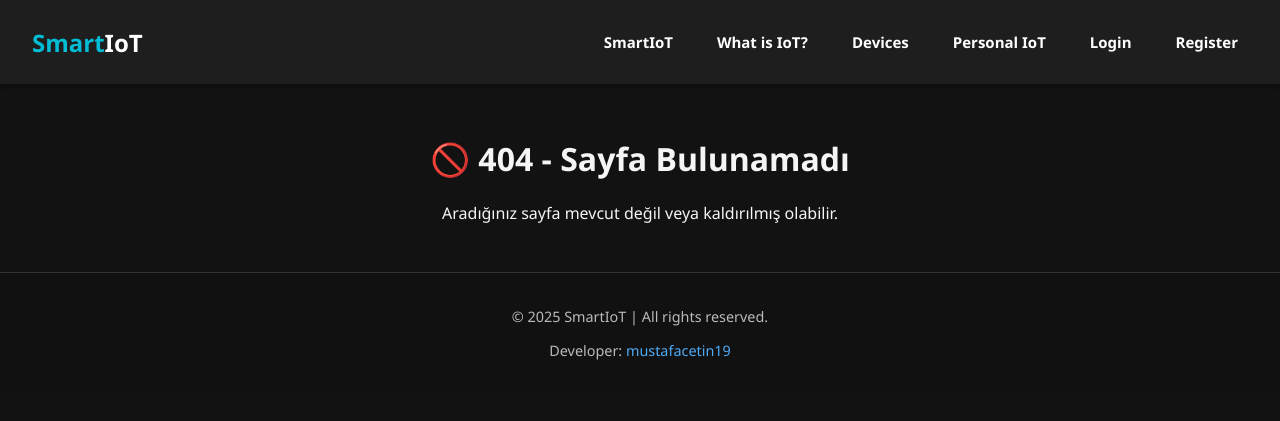
Repository: mustafacetin19/SmartIoT
Page: /my-devices/new (app in Frontend/smartiot-frontend/)
These files come from the project's save history. The page is drawn as it stood at one moment and after the next save; the edit follows.
The browser window is 1280 px wide. The pictures show the whole page.
The project was rebuilt for these pictures with package versions that can differ from the ones it lists, and the page was loaded fresh each time. Also part of the build but not shown: Frontend/smartiot-frontend/src/components/HeroSection.css, Frontend/smartiot-frontend/src/components/HeroSection.jsx, Frontend/smartiot-frontend/src/pages/Home.jsx, Frontend/smartiot-frontend/src/pages/LoginPage.js, Frontend/smartiot-frontend/src/pages/RegisterPage.js, Frontend/smartiot-frontend/src/pages/About.css, Frontend/smartiot-frontend/src/pages/About.jsx, Frontend/smartiot-frontend/src/pages/Devices.css and 16 more.

Above is the page before, as saved 2025-08-11 11:34:54.

After the next save:
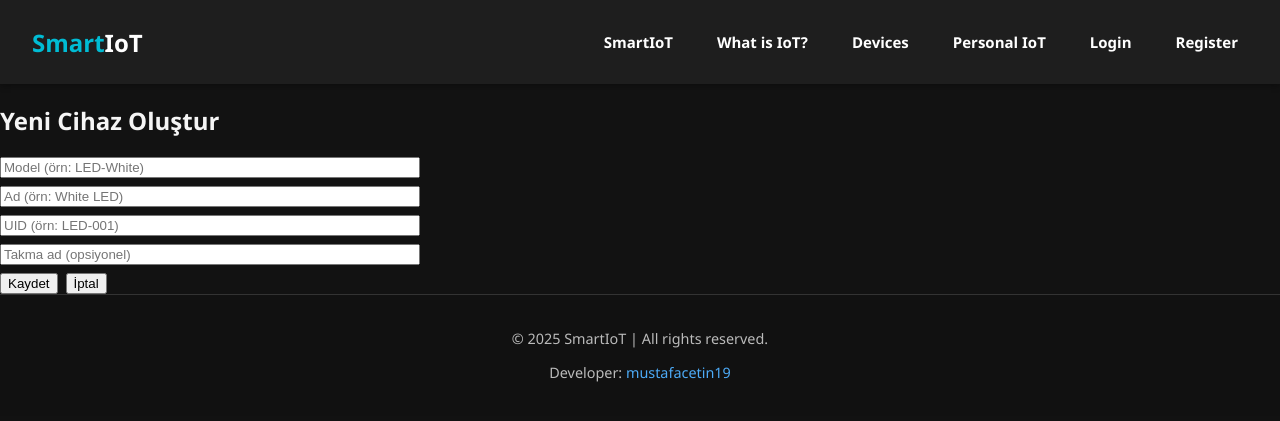
Saved 8 s later.
--- a/Frontend/smartiot-frontend/src/App.jsx
+++ b/Frontend/smartiot-frontend/src/App.jsx
@@ -37,7 +37,7 @@ function AppContent() {
         <Route path="/about" element={<About />} />
         <Route path="/devices" element={<Devices />} />
         <Route path="/demo-panel" element={<DemoPanel />} />
-
+        <Route path="/my-devices/new" element={<DeviceRegistrationPage />} />
         {/* 🔒 Giriş gerektiren sayfalar */}
         <Route
           path="/custom-panel"
